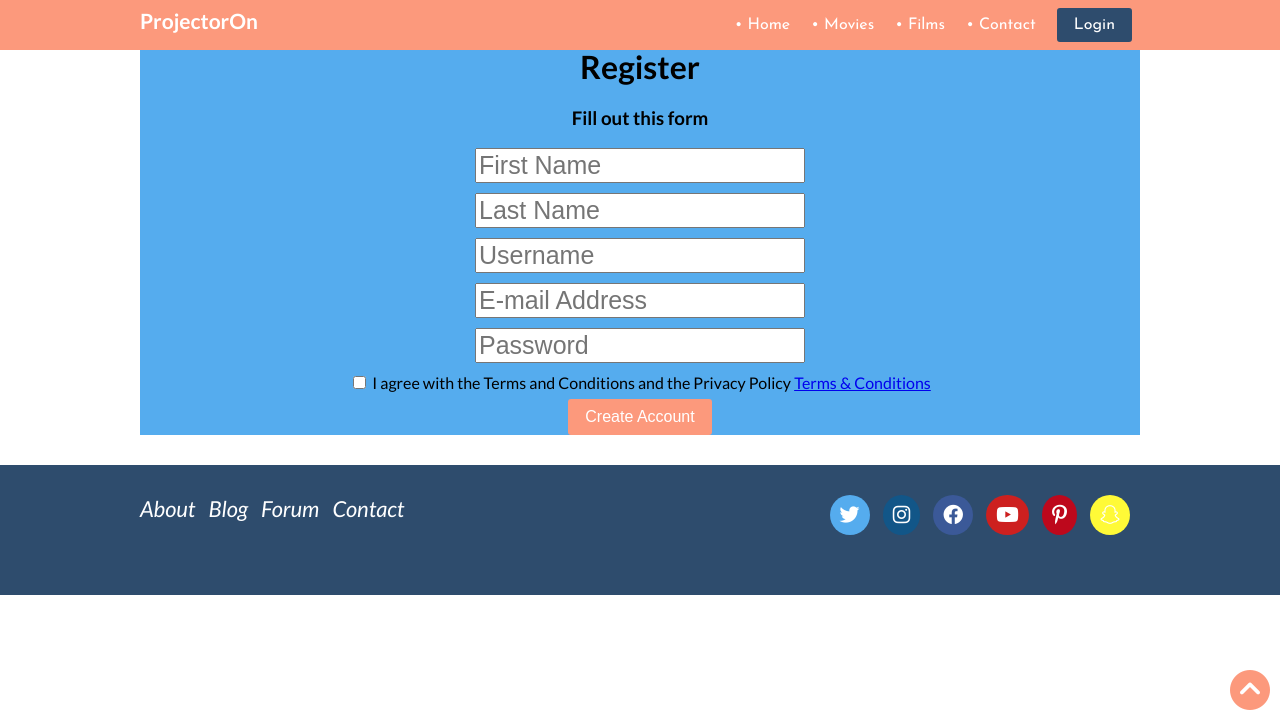
Repository: albayrakfatih/ProjectorOn_WebMovieApp
Page: register.html
These files come from the project's save history. The page is drawn as it stood at one moment and after the next save; the edit follows.
The browser window is 1280 px wide. The pictures show the whole page.
Some web libraries are served in a nearby version.

Above is the page before, as saved 2023-04-30 01:49:44.

### register.html
<!DOCTYPE html>
<html lang="en">
<head>
    <meta charset="UTF-8">
    <meta http-equiv="X-UA-Compatible" content="IE=edge">
    <meta name="viewport" content="width=device-width, initial-scale=1.0">
    <title>Movie App</title>
    <!-- <link rel="stylesheet" href="https://cdnjs.cloudflare.com/ajax/libs/font-awesome/6.3.0/css/all.min.css" integrity="sha512-SzlrxWUlpfuzQ+pcUCosxcglQRNAq/DZjVsC0lE40xsADsfeQoEypE+enwcOiGjk/bSuGGKHEyjSoQ1zVisanQ==" crossorigin="anonymous" referrerpolicy="no-referrer" /> -->
    <!-- <link rel="preconnect" href="https://fonts.googleapis.com">
    <link rel="preconnect" href="https://fonts.gstatic.com" crossorigin>
    <link href="https://fonts.googleapis.com/css2?family=Josefin+Sans:wght@400;700&family=Lato:ital,wght@0,400;0,700;1,400;1,700&display=swap" rel="stylesheet"> -->
    <!-- <link rel="stylesheet" href="css/buttons.css"> -->
    <link rel="stylesheet" href="css/styles.css">


</head>
<body id="body">

    <header class="main-header">
        <div class="container">
            <a href="#" class="main-header__logo">ProjectorOn</a>
            <nav class="main-nav">
                <ul class="main-nav__items">
                    <li class="main-nav__item">
                        <a href="#">Home</a>
                    </li>
                    <li class="main-nav__item">
                        <a href="#">Movies</a>
                    </li>
                    <li class="main-nav__item">
                        <a href="#">Films</a>
                    </li>
                    <li class="main-nav__item">
                        <a href="#">Contact</a>
                    </li>
                    <li class="main-nav__item main-nav__item--login">
                        <a class="btn btn-secondary" href="#">Login</a>
                    </li>
                </ul>
            </nav>
        </div>
    </header>

   <main class="signup-page">
    <div class="container">
        <div class="row">
            <div class="register-card">
                <h1>Register</h1>
                <h3>Fill out this form</h2>
                <form action="" class="signup-form">
                    <input type="text" id="firstname" placeholder="First Name"><br>
                    <input type="text" id="lastname" placeholder="Last Name"><br>
                    <input type="text" id="username" placeholder="Username"><br>
                    <input type="email" id="email" placeholder="E-mail Address"><br>
                    <input type="password" id="password" placeholder="Password"><br>
                    <input type="checkbox" id="agree-terms">
                    <label for="agree-terms">I agree with the Terms and Conditions and the Privacy Policy <a href="#">Terms &amp; Conditions </a></label><br>
                    <button type="submit" class="btn btn-primary">Create Account</button>
                </form>
            </div>
        </div>
    </div>
   </main>

    <footer>
        <div class="container">
            <div class="row">
                <div class="col-2">
                    <ul id="footer-links">
                        <li><a href="">About</a></li>
                        <li><a href="">Blog</a></li>
                        <li><a href="">Forum</a></li>
                        <li><a href="">Contact</a></li>
                    </ul>
                </div>
                <div class="col-2">
                    <ul id="social-links">
                        <li><a href="" class="fab fa-twitter"></a></li>
                        <li><a href="" class="fab fa-instagram"></a></li>
                        <li><a href="" class="fab fa-facebook"></a></li>
                        <li><a href="" class="fab fa-youtube"></a></li>
                        <li><a href="" class="fab fa-pinterest-p"></a></li>
                        <li><a href="" class="fab fa-snapchat"></a></li>
                    </ul>
                </div>
            </div>
        </div>
    </footer>

    <a href="#body" id="backtotop">
        <i class="fas fa-chevron-circle-up"></i>
    </a>

</body>
</html>

### css/styles.css
@import url("https://cdnjs.cloudflare.com/ajax/libs/font-awesome/6.3.0/css/all.min.css");
@import url('https://fonts.googleapis.com/css2?family=Josefin+Sans:wght@400;700&family=Lato:ital,wght@0,400;0,700;1,400;1,700&display=swap');
@import url("buttons.css");



html {
    scroll-behavior: smooth;
}

*{
    box-sizing: border-box;
}
body{
    margin: 0px;
    font-family: 'Lato', sans-serif;
}
main{
    margin-top: 47px;
}
#showcase{
     background: /*linear-gradient(to bottom, rgba(252, 153, 124,0.1),rgb(250, 81, 30,0.3)),  */
    url('../img/projector1.jpg');
    background-position: center left;
    background-repeat: no-repeat;
    background-size: cover;
    background-attachment: fixed;
    border-top: 3px solid #fff;
    /*border: 4px solid white;*/
    height: 100vh;
    width: 100%;
    color: aliceblue;
    position: relative;
}
#showcase .content {
    position: absolute;
    font-size: 25px;
    margin: 0;
    top: 50%;
    left: 50%;
    transform: translate(-50%,-50%);
    width: 60%;
    background-color: rgba(46,76,109,0.3);
    color: #fff;
    padding: 20px;
    border-radius: 10px;
}


#how-it-works{
    background-color: #fff;
    padding: 10px;
    text-align: center;/*text-align kalıtım yolu ile aktarılabiliyor. bu yüzden tüm how-it-works section öğelerine center dedim.*/
}

.main-header{
    background-color: #FC997C;
    padding: 8px 16px;
    position: fixed;
    top: 0;
    z-index: 1;
    width: 100%;
}
.main-nav{
    display: inline-block;
    width: calc(100% - 121px);
    text-align: right;
    font-family: 'Josefin Sans', sans-serif;
}
.main-nav__items{
    list-style: none;
    margin: 0px;
    padding: 0px;
}
.main-nav__item{
    display: inline-block;
    margin: 0 8px;
}

.main-header__logo{
    color: #fff;
    text-decoration: none;
    font-weight: bold;
    font-size: 21px;
}

.main-nav__item a{
    text-decoration: none;
    color: #fff;
}
.main-nav__item a:hover{
    color:#160140;
}
.main-nav__item a:active{
    color: #fff;
}
.main-nav__item::before{
    content: '\2022';
    color: #fff;
}
.main-nav__item:hover::before{
    color: #160140;
}
.main-nav__item:active::before{
    color: #fff;
}
/* .main-nav__item--login a{
     color:#fff;
    background-color: #160140;
    border: 2px solid #fff;
    padding: 4px 16px;
    border-radius: 6px;
    font-weight: bold;
} */
/* .main-nav__item--login a:hover{
    border-color: #160140;
    color: #160140;
    background-color: #fff;
} */
.main-nav__item--login::before{
    content: none;
}

.row{
    margin-bottom: 30px;
    /* margin-top: 20px; */
}
/* .col-2{
    display: inline-block;
    width: calc(50% - 2px);
    height:350px;
    background-color: tomato;
    vertical-align:top;
}
.col-3{
    display: inline-block;
    width: 30%;
    padding: 16px;
    margin: 8px;
} */
.col-2 {
    float: left;
    width: 50%;
}
.col-3 {
    float: left;
    width: 33.3%;
}
.col-4 {
    float: left;
    width: 25%;
}

.icon-box h3{
    font-size: 25px;
    color: #3e4555;
}
.icon-box i{
    color: #FC997C;
}

.features-left{
    background-image: url("../img/titanic.jpg");
    background-position: center top;
    background-size: cover;
}
.features-right{
    background-color: #edf5f7;
    padding: 40px 20px;
}
.features-right h2{
    font-size: 30px;
}
.features-left,
.features-right {
    height: 350px;
}


.btn-view-features{
    background-color: #FC997C;
    color: #fff;
    padding: 7px 15px;
    border: 1px solid #FC997C;
    text-decoration: none;
    font-size: 14px;
    font-family: 'Josefin Sans', sans-serif;
    border-radius: 3px;
    display: inline-block;
    margin-top: 15px;
}
.btn-view-features:hover{
    color: #FC997C;
    background-color: #fff;
}
.section-title{
    text-align: center;
    margin-bottom: 40px;
    font-weight:700;
    font-size: 30px;
    color: #3e4555;
}
.plan{
    text-align: center;
    padding: 10px;
}

.plan__badge{
    background-color: orange;
    color: red;
    padding: 8px;
    border-radius: 5px;
}

.plan--featured {
    position: relative;
    top: -30px;
}

.recommended_plan{
    color: #ffffff;
    background-color: mediumblue!important;

}

 /* .clearfix{
    content: "";    .clearfix yerine .row sınıfını kullandık
    display: block;
    clear: both;
}  */
.row::after{
    content: "";
    display: block;
    clear: both;
}

.container{
    margin: 0 auto;
    width: 1000px;
}

.inner-plan{
    background-color:#edf5f7;
    padding: 25px 15px;
    border-radius: 5px;
    box-shadow:  0px 5px 15px rgba(0, 0, 0, 0.35);
    transition: box-shadow .8s;
}
.inner-plan:hover{
    box-shadow: 0px 5px 15px rgba(0, 0, 0, 0.7);
}


#backtotop {
    position: fixed;
    bottom: 10px;
    right: 10px;
}
#backtotop i {
    font-size: 40px;
    background-color:transparent;
    color: #fc997C;
    transition: color .6s;
}
#backtotop i:hover {
    color: #fb7850;
}

.counter {
    background: linear-gradient(to bottom, #FC997C 0%, #FC8b69 100%);
    text-align: center;
    padding:50px;
}
.counter h4 {
    margin-top: 0;
    color: #fff;
}
.counter__item{
    font-weight: 700;
    font-size: 25px;
    color: #fff;
}

/*----------movies--------------*/

.card-container {
    padding: 10px;
}
.card {
     /* width: 20vw;  veya 300px;  */
    background-color: #fff;
    box-shadow: rgba(14, 30, 37, 0.12) 0px 2px 4px 0px, rgba(14, 30, 37, 0.32) 0px 2px 16px 0px;
    cursor: pointer;
    border-radius: 5px;
    /* height: 90vh;  */
    position: relative;
    top: 0;
    transition: all .5s;
}
.card:hover {
    top: -10px;
    box-shadow: rgba(14, 30, 37, 0.9) 0px 2px 4px 0px, rgba(14, 30, 37, 0.9) 0px 2px 16px 0px;
}
.card-title {
    text-align: center;
}
.card-image {
    width:100%;
    /*height:45vh;*/
    max-height: 350px;
}
.card-button {
    text-align: center;
}
.card-body {
    padding: 30px;
}

/*-------------- footer --------------*/

footer {
    background-color: #2E4C6D;
    padding: 30px;
    margin-top: 25px;
}

footer a {
    color: #fff;
    font-size: 22px;
    text-decoration: none;
    font-style: italic;
}
footer ul {
    margin: 0;
    padding:0;
}

footer ul li {
    list-style-type: none;
    display: inline-block;
    margin-right: 10px;
}

#social-links {
    text-align: right;
}

.fab {
    padding: 10px;
    font-size: 20px;
    border-radius: 50%;
}
.fab:hover {
    opacity: 0.5;
}

.fa-twitter {
    background-color: #55acee;
    color: #fff;
}
.fa-instagram {
    background-color: #125688;
    color: #fff;
}
.fa-facebook {
    background-color: #3b5998;
    color: #fff;
}
.fa-youtube {
    background-color: #cd201f;
    color: #fff;
}
.fa-pinterest-p {
    background-color: #bd081c;
    color: #fff;
}
.fa-snapchat {
    background-color: #fffa37;
    color: #fff;
}

/*------------- register-card ------------*/

.register-card {
    background-color: #55acee;
}
.signup-form {
    text-align: center;
}
.register-card h1,h3 {
    text-align: center;
}
.signup-form input {
    font-size: 25px;
    margin-bottom: 10px;
}

### css/buttons.css


.btn {
    text-align: center;
    text-decoration: none;
    display: inline-block;
    padding: 7px 15px;
    font-size: 16px;
    cursor: pointer;
    border: none;
    border-radius: 3px;
    transition-duration: .8s;
}

.btn-primary{
    background-color: #FC997c;
    color: #fff;
    border: 2px solid #FC997c;
}
.btn-primary:hover{
    background-color: #fff;
    color: #FC997c;
    border: 2px solid #FC997c;
}
.btn-outline-primary{
    background-color: #fff;
    color: #FC997c;
    border: 2px solid #FC997c;
}
.btn-outline-primary:hover{
    background-color: #FC997c;
    color: #fff;
    border: 2px solid #FC997c;
}



.btn-secondary{
    background-color: #2E4C6D;
    color: #fff;
    border: 2px solid #2E4C6D;
}
.btn-secondary:hover{
    background-color: #fff;
    color: #2E4C6D;
    border: 2px solid #2E4C6D;
}
.btn-outline-secondary{
    background-color: #fff;
    color: #2E4C6D;
    border: 2px solid #2E4C6D;
}
.btn-outline-secondary:hover{
    background-color: #2E4C6D;
    color: #fff;
    border: 2px solid #2E4C6D;
}

After the next save:
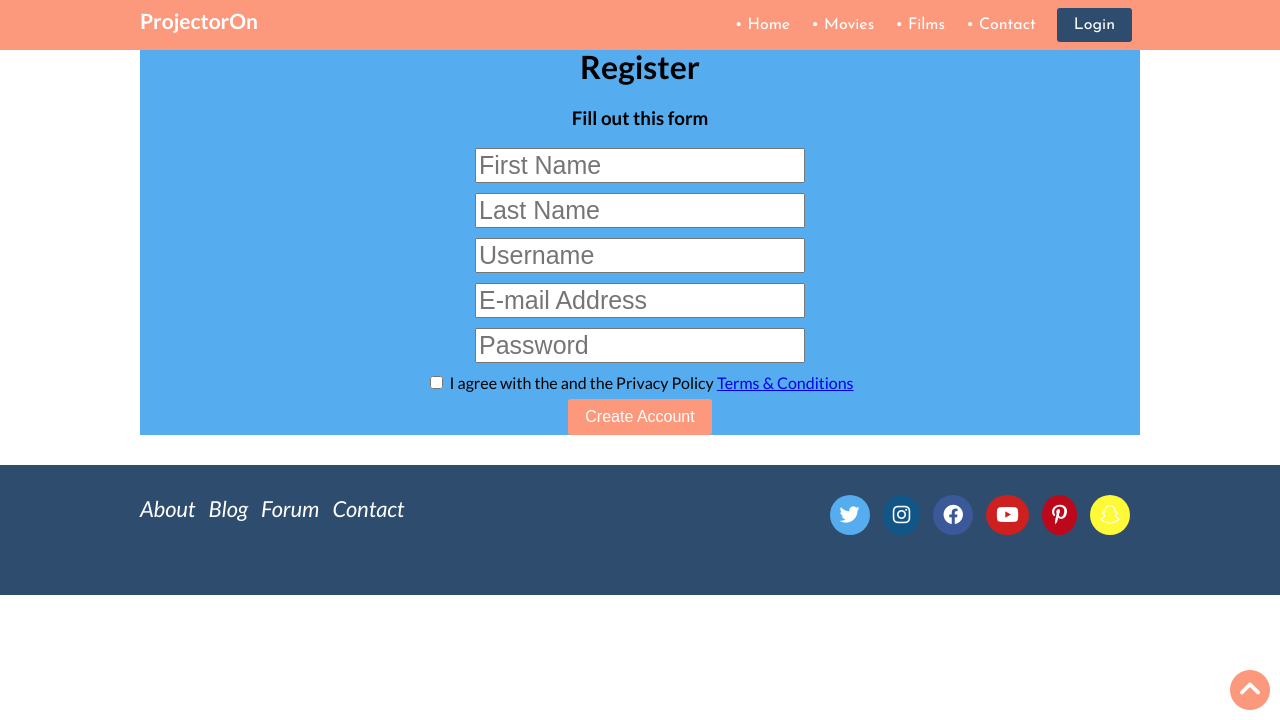
Saved 4 s later.
--- a/register.html
+++ b/register.html
@@ -54,7 +54,7 @@
                     <input type="email" id="email" placeholder="E-mail Address"><br>
                     <input type="password" id="password" placeholder="Password"><br>
                     <input type="checkbox" id="agree-terms">
-                    <label for="agree-terms">I agree with the Terms and Conditions and the Privacy Policy <a href="#">Terms &amp; Conditions </a></label><br>
+                    <label for="agree-terms">I agree with the and the Privacy Policy <a href="#">Terms &amp; Conditions </a></label><br>
                     <button type="submit" class="btn btn-primary">Create Account</button>
                 </form>
             </div>
